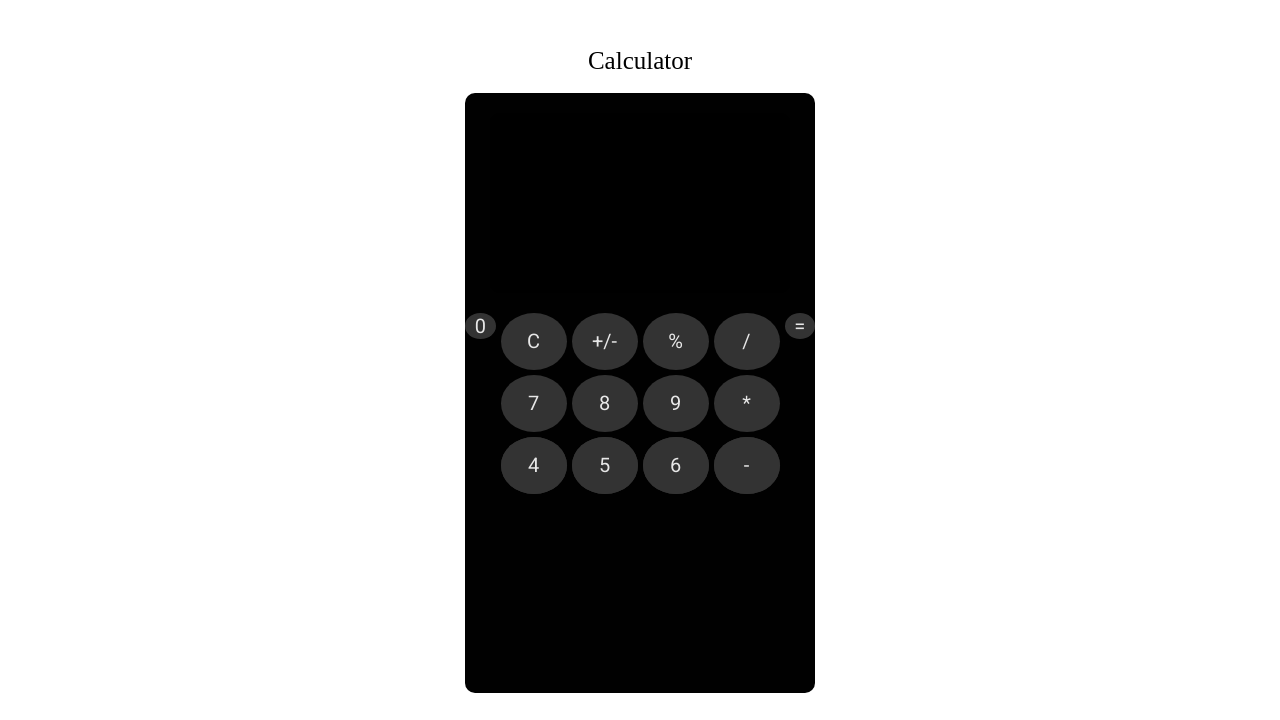
Repository: Gibon9/SimpleCalc
Page: index.html
The author's editor kept a copy of each file at every save. The page is drawn from the files as they stood at one save, then again after the next save.
The browser window is 1280 px wide. The pictures show the whole page.
Some web fonts or font styles are not loaded; a fallback is used.

Above is the page before, as saved 2020-11-27 19:29:57.

After the next save:
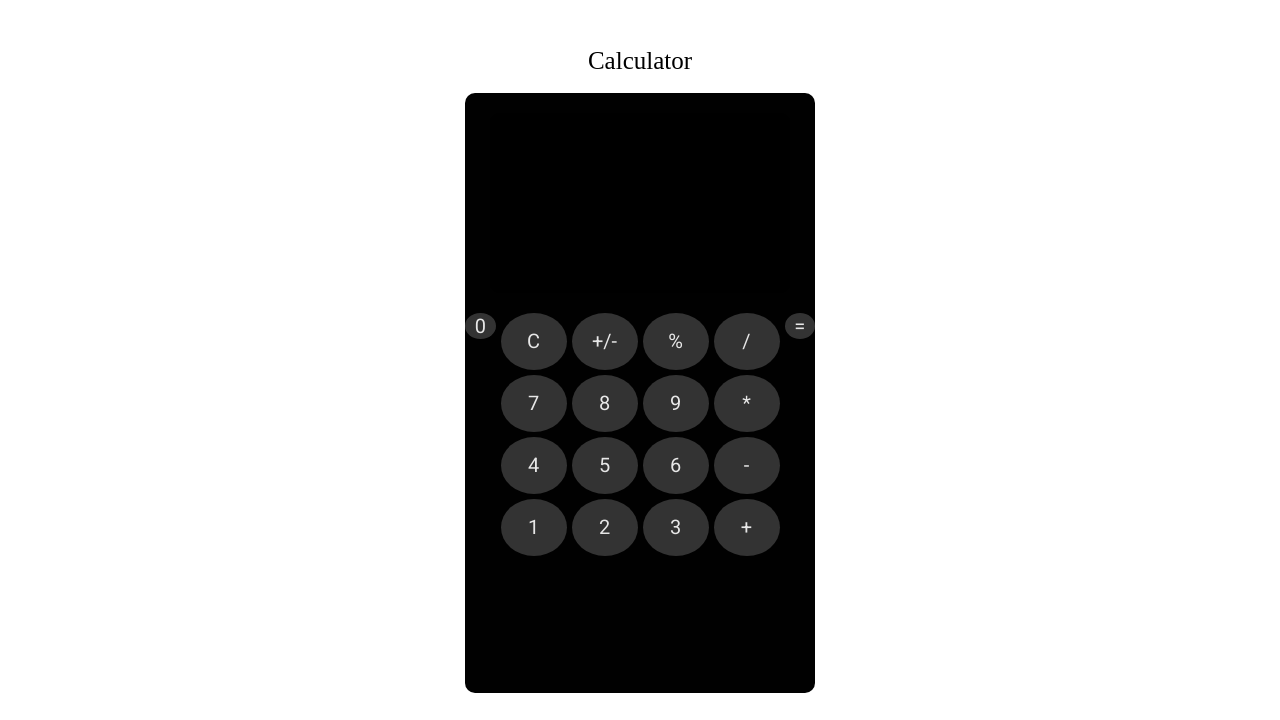
Saved 34 s later.
--- a/style/style.css
+++ b/style/style.css
@@ -126,20 +126,20 @@
 
 .one-btn {
   grid-column: 2/4;
-  grid-row: 5/7;
+  grid-row: 7/9;
 }
 
 .two-btn {
   grid-column: 4/6;
-  grid-row: 5/7;
+  grid-row: 7/9;
 }
 
 .three-btn {
   grid-column: 6/8;
-  grid-row: 5/7;
+  grid-row: 7/9;
 }
 
 .plus-btn {
   grid-column: 8/10;
-  grid-row: 5/7;
+  grid-row: 7/9;
 }
